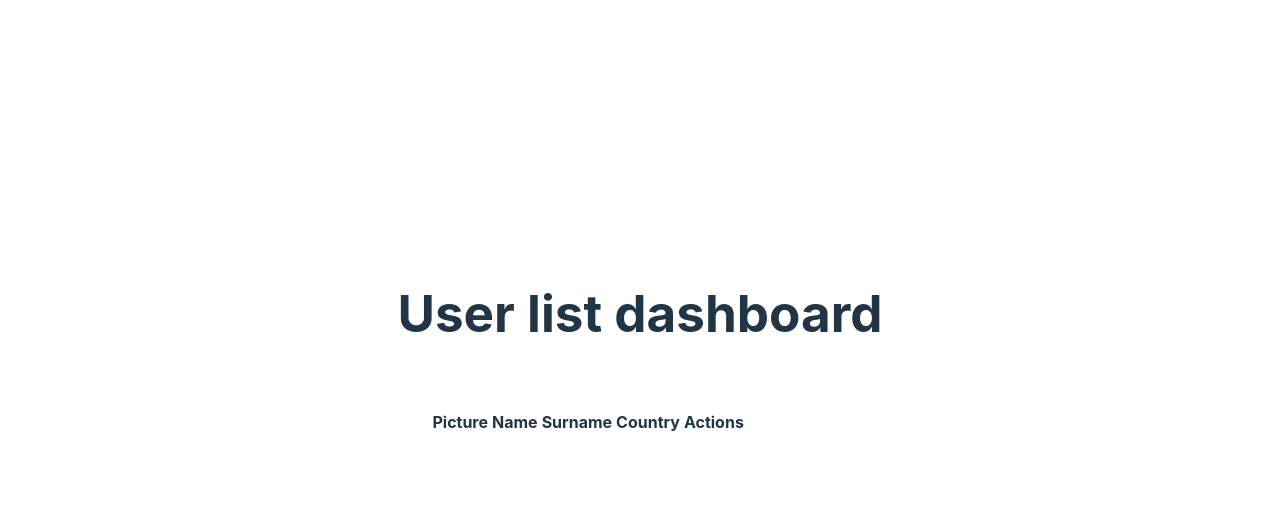
Repository: atzin-escandia/react-typescript-users-dashboard
Page: /
The author's editor kept a copy of each file at every save. The page is drawn from the files as they stood at one save, then again after the next save.
The browser window is 1280 px wide. The pictures show the whole page.
The page's requests for data from a server got no answer. The project was rebuilt for these pictures with package versions that can differ from the ones it lists, and the page was loaded fresh each time. No one was signed in, and anything a server would have sent is missing. Also part of the build but not shown: vite.config.ts.

Above is the page before, as saved 2023-10-08 21:25:05.

After the next save:
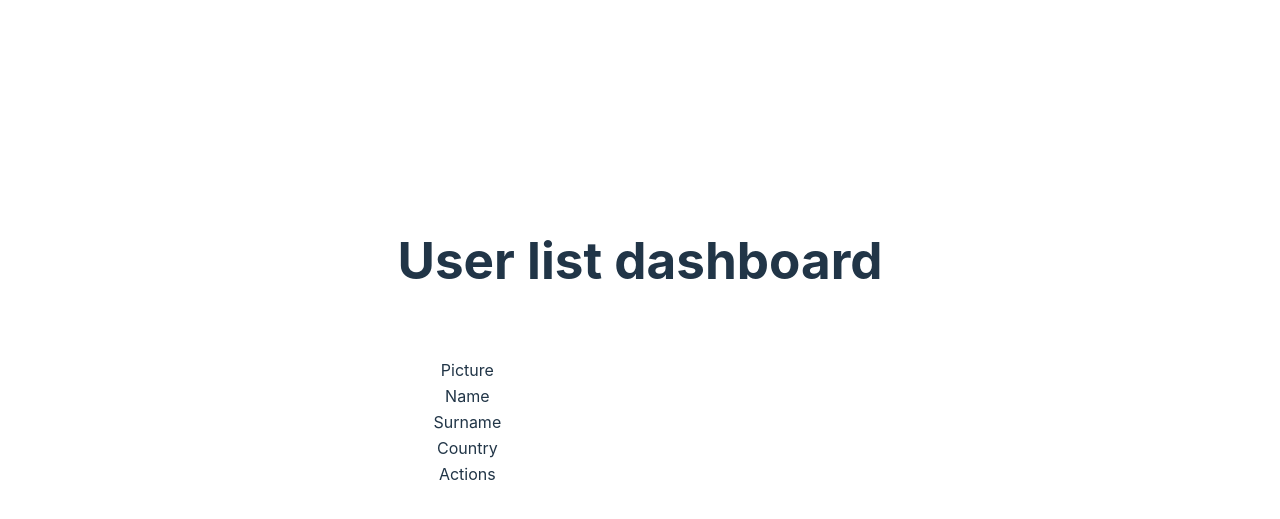
Saved 43 s later.
--- a/src/components/UsersList.tsx
+++ b/src/components/UsersList.tsx
@@ -7,11 +7,13 @@
     const [picture, name, location] = user;
     return (
       <tr>
-        <td>{/* <img src={picture.thumbnail} alt="Thumbnail user" /> */}</td>
-        <td>{name.first}</td>
-        <td></td>
-        <td></td>
-        <td></td>
+        <tbody>
+          {/* <img src={picture.thumbnail} alt="Thumbnail user" /> */}
+        </tbody>
+        <tbody>{name.first}</tbody>
+        <tbody></tbody>
+        <tbody></tbody>
+        <tbody></tbody>
       </tr>
     );
   };
@@ -21,7 +23,7 @@
       <table>
         <tr>
           {TABLE_HEADER.map((title: string, index: number) => (
-            <th key={index}>{title}</th>
+            <thead key={index}>{title}</thead>
           ))}
         </tr>
         {users &&
